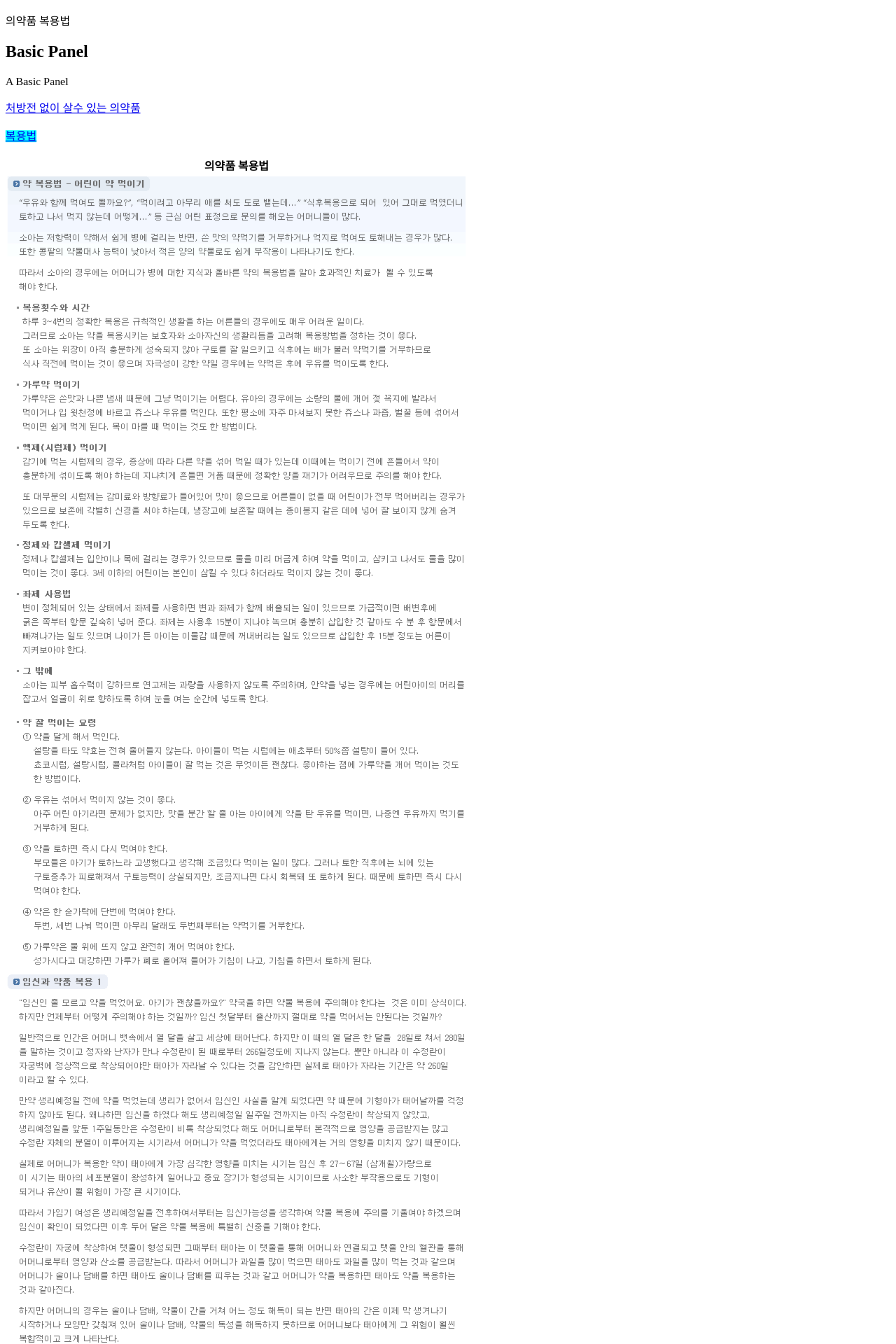
Repository: letzbegin/Study
Page: http://localhost/portfolio/WEB-INF/views/pillinfo/pill_useage.jsp
The author's editor kept a copy of each file at every save. The page is drawn from the files as they stood at one save, then again after the next save.
The browser window is 1280 px wide. The pictures show the part of the page from y = 0 to 1920 px (the page is 5005 px tall before and 4973 px after), at 70% of full size.
The page is served by Tomcat 9. Nobody is signed in. Other server files are loaded and not shown. The template is opened directly, without the code that normally fills it, so the values that code supplies are empty.

Above is the page before, as saved 2018-10-12 05:42:53.

### pol/portfolio/src/main/webapp/WEB-INF/views/pillinfo/pill_useage.jsp
<%@ page language="java" contentType="text/html; charset=UTF-8"
	pageEncoding="UTF-8"%>
<!DOCTYPE html PUBLIC "-//W3C//DTD HTML 4.01 Transitional//EN" "http://www.w3.org/TR/html4/loose.dtd">
<html>
<head>
<meta http-equiv="Content-Type" content="text/html; charset=UTF-8">
<title>Insert title here</title>
</head>
<body>
<div class="container">
	<p>의약품 복용법</p>
	  <h2>Basic Panel</h2>
  <div class="panel panel-default">
    <div class="panel-body">A Basic Panel</div>
  </div>
</div>
	<div class="container-fluid text-center">
		<div class="row content">
			<div class="col-sm-3 sidenav">
				<p>
					<a href="pillnon">처방전 없이 살수 있는 의약품</a>
				</p>
				<p>
					<a href="pillusage" style="background: aqua;">복용법</a>
				</p>
			</div>
			<div class="col-sm-6 text-left">
				<table class="table ">
					<tr>
						<th>의약품 복용법</th>
					</tr>
					<tr>
						<td><img src="img/useage/useage00.gif"></td>
					</tr>
					<tr>
					<tr>
						<td><img src="img/useage/useage01.gif"></td>
					</tr>
					<tr>
					<tr>
						<td><img src="img/useage/useage02.gif"></td>
					</tr>
					<tr>
					<tr>
						<td><img src="img/useage/useage03.gif"></td>
					</tr>
					<tr>
					<tr>
						<td><img src="img/useage/useage04.gif"></td>
					</tr>
					<tr>
					<tr>
						<td><img src="img/useage/useage05.gif"></td>
					</tr>
					<tr>
						<td><img src="img/useage/useage06.gif"></td>
					</tr>
					<tr>
						<td><a href="#" style="align: right;">위로가기</a></td>

					</tr>

				</table>
			</div>
			<div class="col-sm-3 sidenav">
				<div class="well">
					<p>ADS</p>
				</div>
				<div class="well">
					<p>ADS</p>
				</div>
			</div>
		</div>
	</div>
</body>
</html>

After the next save:
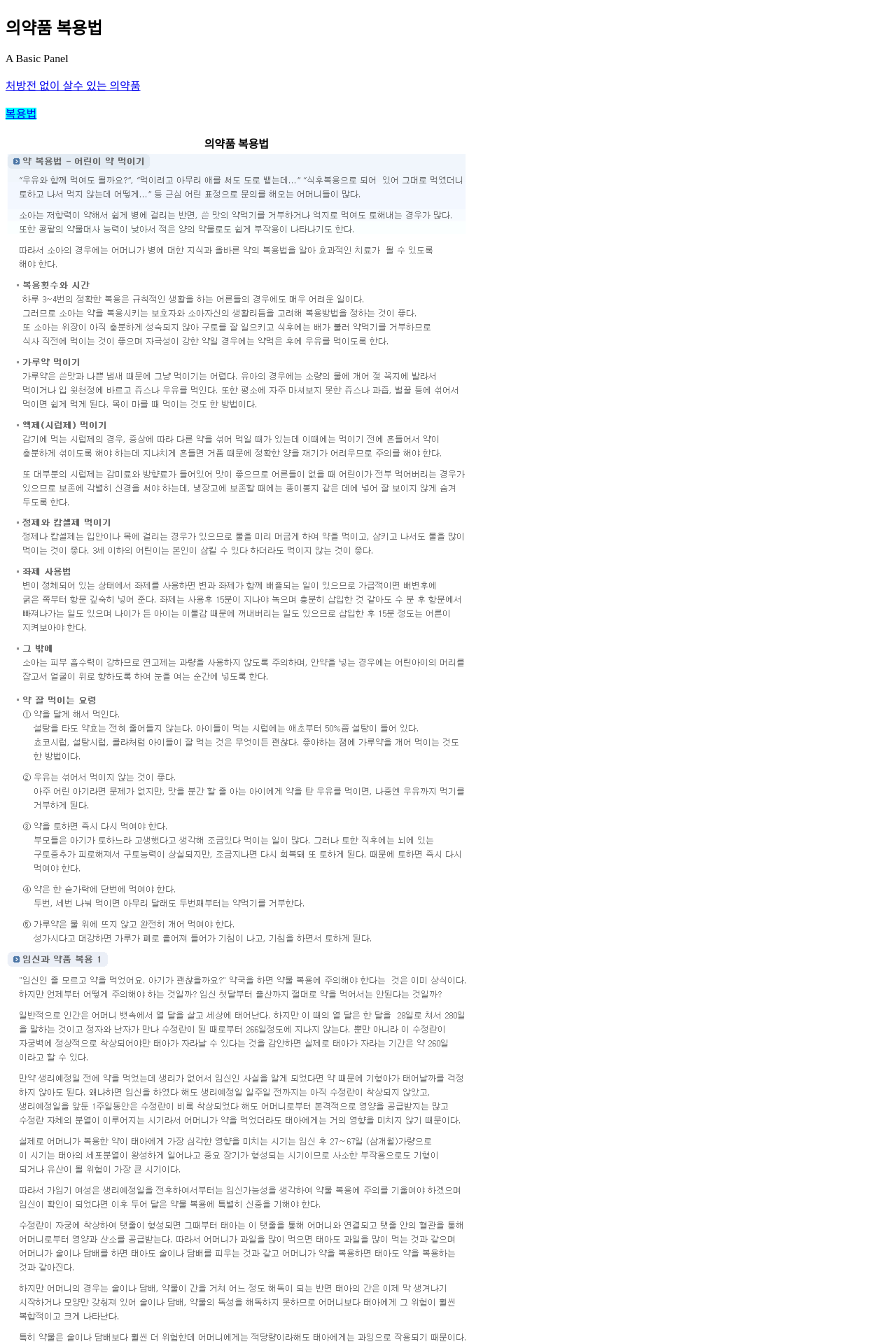
Saved 9 s later.
--- a/pol/portfolio/src/main/webapp/WEB-INF/views/pillinfo/pill_useage.jsp
+++ b/pol/portfolio/src/main/webapp/WEB-INF/views/pillinfo/pill_useage.jsp
@@ -8,8 +8,7 @@
 </head>
 <body>
 <div class="container">
-	<p>의약품 복용법</p>
-	  <h2>Basic Panel</h2>
+	  <h2>의약품 복용법</h2>
   <div class="panel panel-default">
     <div class="panel-body">A Basic Panel</div>
   </div>
